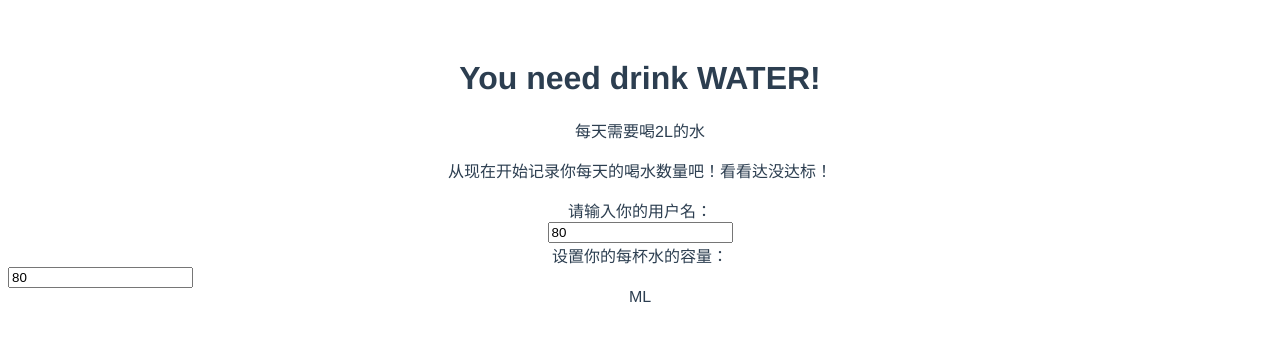
Repository: xuehebinglan/apps.xuehebinglan.com
Page: /drink-water
The author's editor kept a copy of each file at every save. The page is drawn from the files as they stood at one save, then again after the next save.
The browser window is 1280 px wide. The pictures show the whole page.
The project was rebuilt for these pictures with package versions that can differ from the ones it lists, and the page was loaded fresh each time. Also part of the build but not shown: src/components/HomePage.vue.

Above is the page before, as saved 2018-06-20 16:24:45.

After the next save:
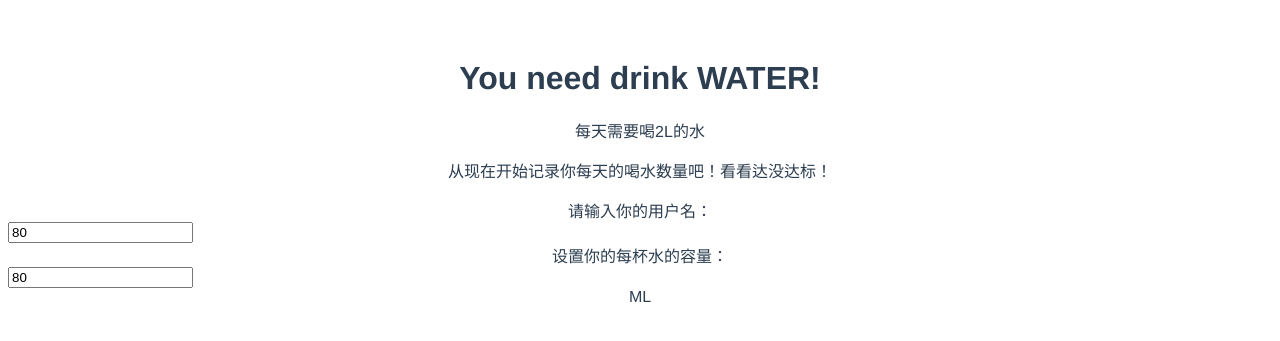
Saved 15 s later.
--- a/src/components/DrinkWater.vue
+++ b/src/components/DrinkWater.vue
@@ -35,6 +35,6 @@ export default {
   .cup-capacity
     .cup-capacity-number
       width 100px
-    .user-name-content
+  .user-name-content
       width 100px
 </style>
